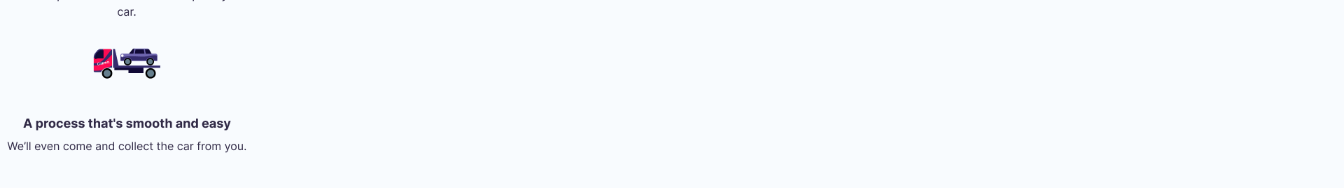
Repository: KHANas02/project
Page: index.html
An editor plug-in stored every save of this project. The page is shown before and after a run of saves, followed by the edit.
The browser window is 1280 px wide. The page is 1280 px wide, then 1920 px, so the pictures cover 1920 px, including what lies to the right of the window. The pictures show the part of the page from y = 898 to 2178 px (the page is 1166 px tall before and 2323 px after), at 70% of full size.

Above is the page before, as saved 2024-03-31 21:29:25.

After the next 2 saves:
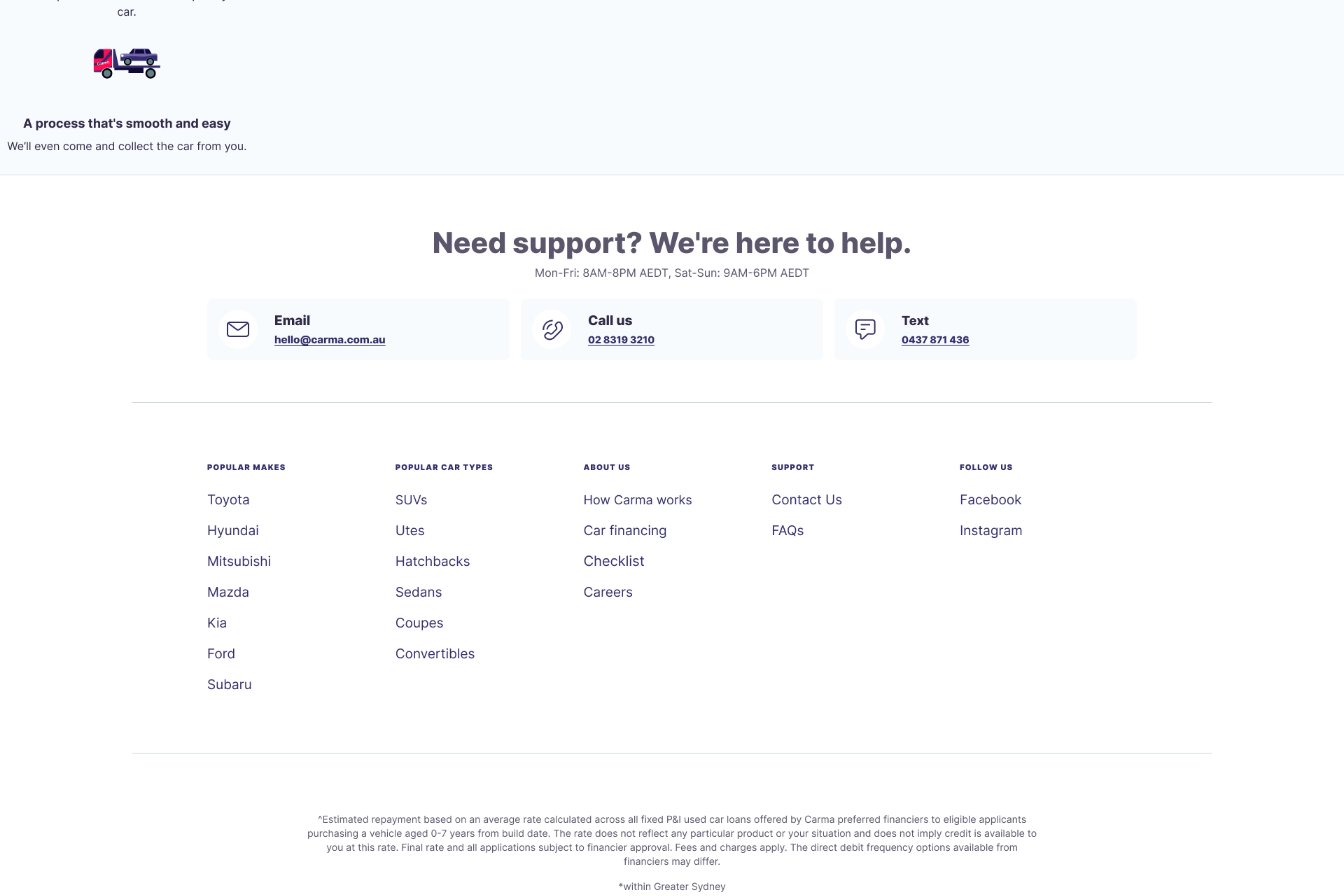
The 2 saves are shown as one change because they came seconds apart.
The last was saved 6 s later.
--- a/index.html
+++ b/index.html
@@ -35,7 +35,7 @@
     </div>
 
 <div class="footer">
-  <img src="" alt="">
+  <img src="Footer.png" alt="">
 </div>
 
   </body>
